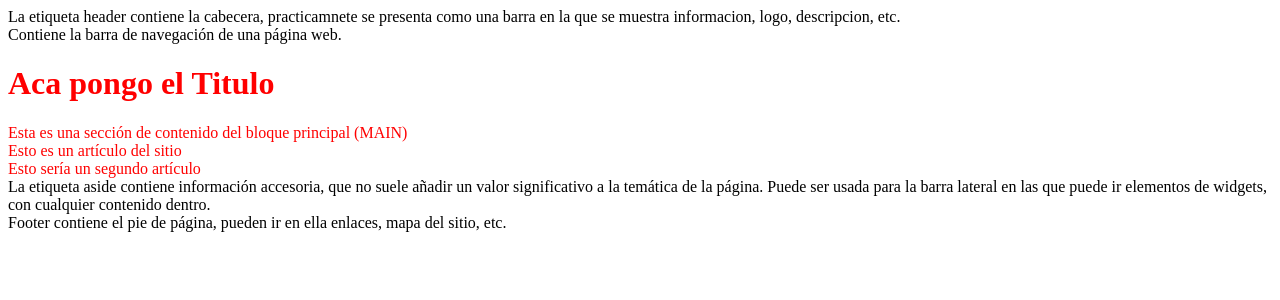
Repository: gadiazsaavedra/Unidad_2
Page: pruebaHTML.html
The author's editor kept a copy of each file at every save. The page is drawn from the files as they stood at one save, then again after the next save.
The browser window is 1280 px wide. The pictures show the whole page.

Above is the page before, as saved 2023-08-08 14:38:33.

After the next save:
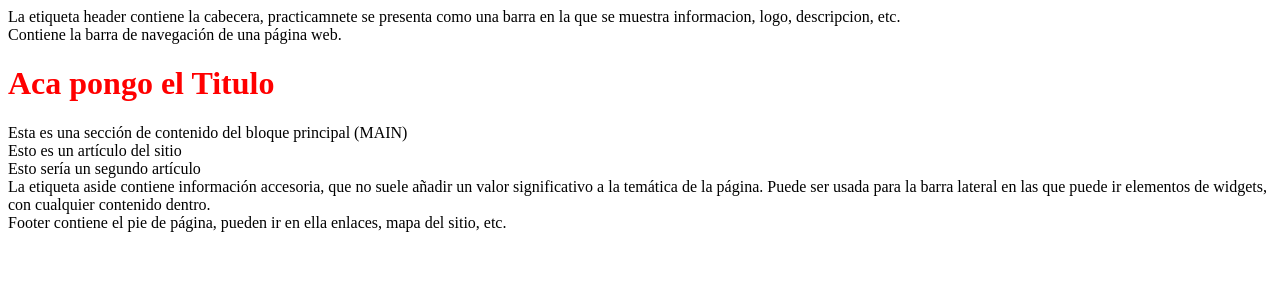
Saved 5 min 8 s later.
--- a/css/main.css
+++ b/css/main.css
@@ -1,5 +1,5 @@
 h1 {color: red;}
-section {color: red;}
+
 p {
   color: red;
   font-size: xx-large;
